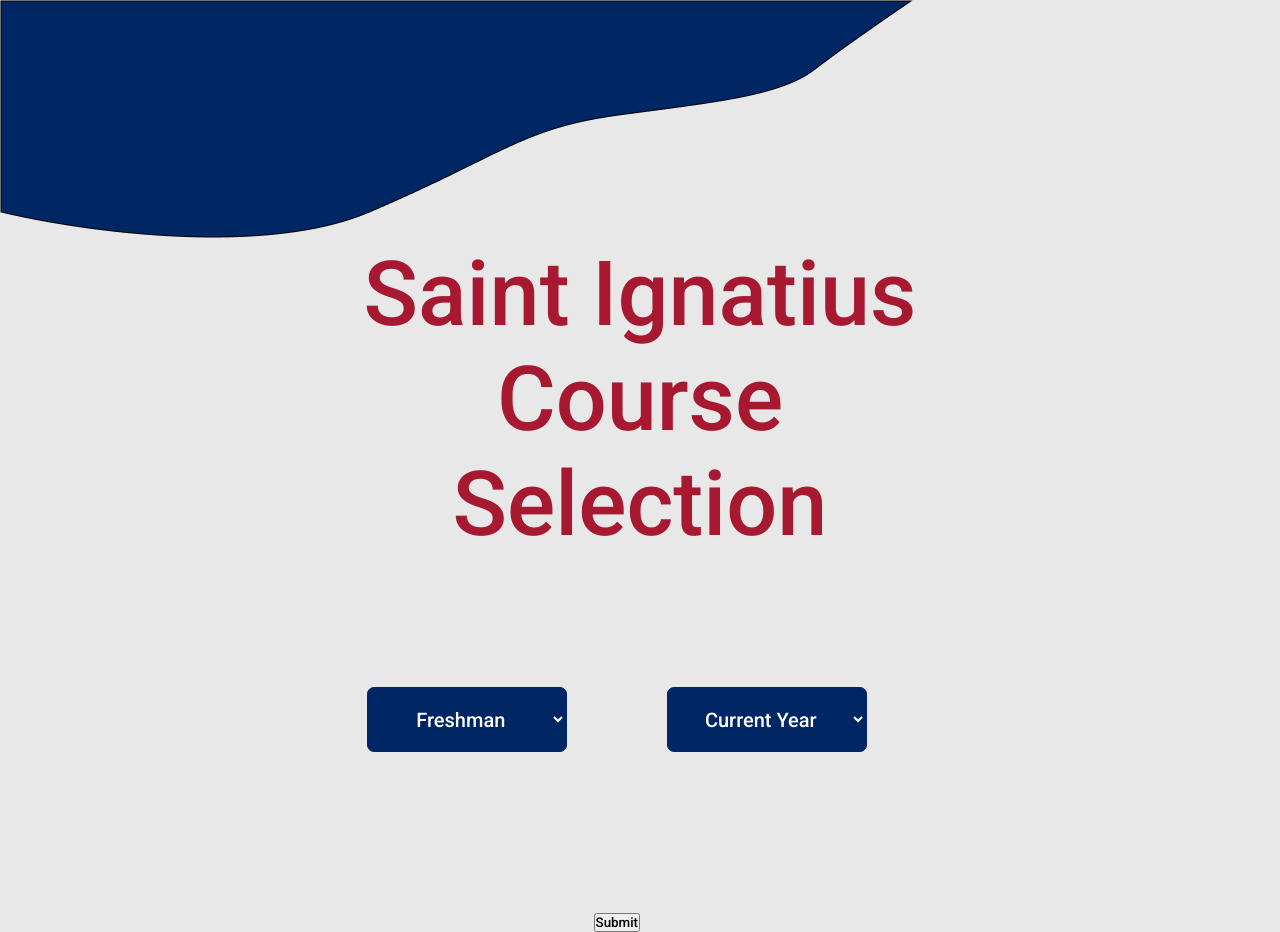
Repository: BuddyBob/si_course_selection
Page: /
An editor plug-in stored every save of this project. The page is shown before and after the next save, followed by the edit.
The browser window is 1280 px wide. The pictures show the whole page.
The project was rebuilt for these pictures with package versions that can differ from the ones it lists, and the page was loaded fresh each time.

Above is the page before, as saved 2022-12-29 12:04:02.

After the next save:
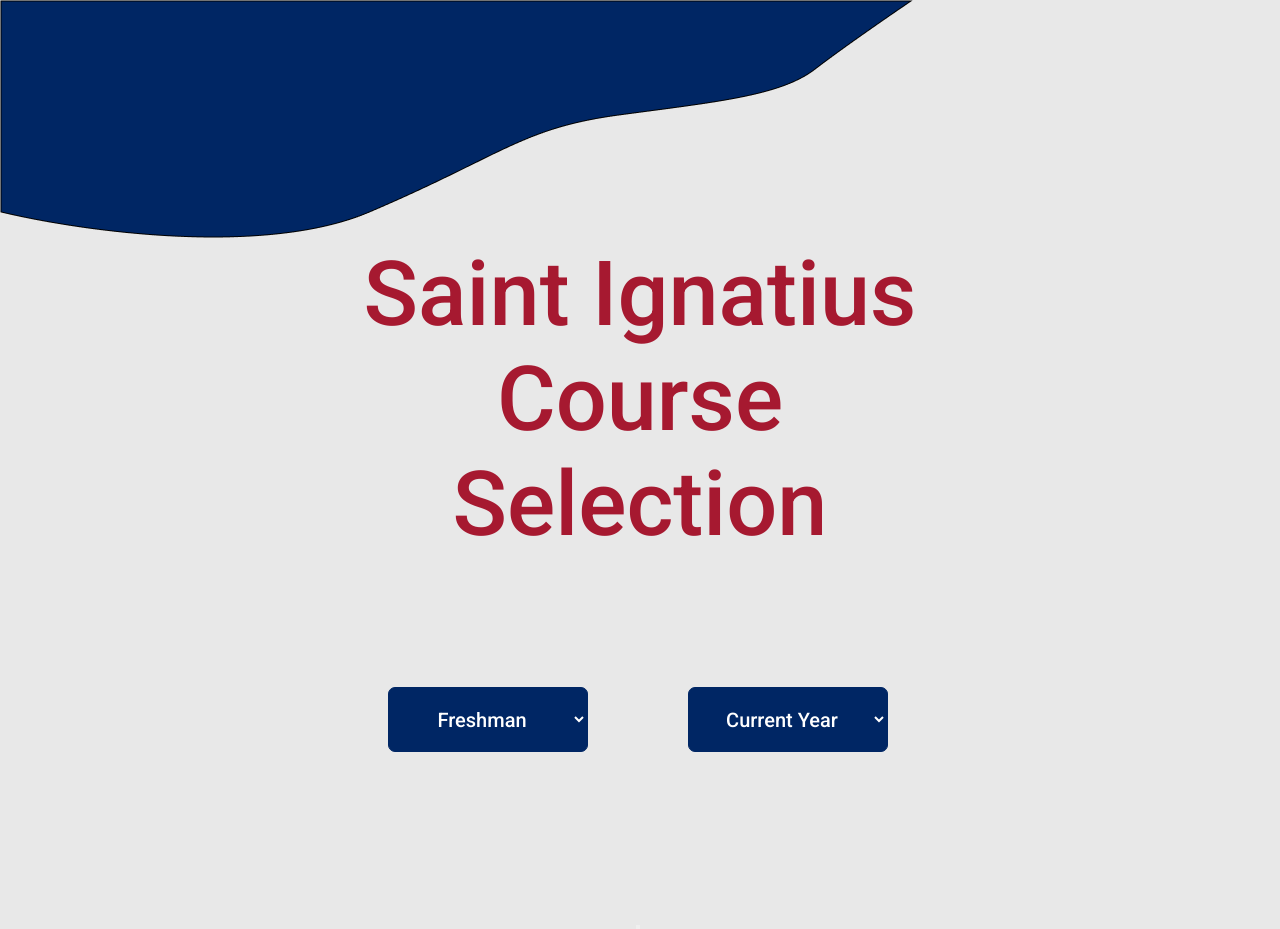
Saved 107 s later.
--- a/src/Home.js
+++ b/src/Home.js
@@ -24,7 +24,7 @@
                 <option>Current Year</option>
                 <option>All Years</option>
             </select>
-            <input type="submit" src={arrow5} alt="arrow" className="arrow5" />
+            <button type="button" src={arrow5} alt="arrow" className="arrow5" />
         </form>
 
 
